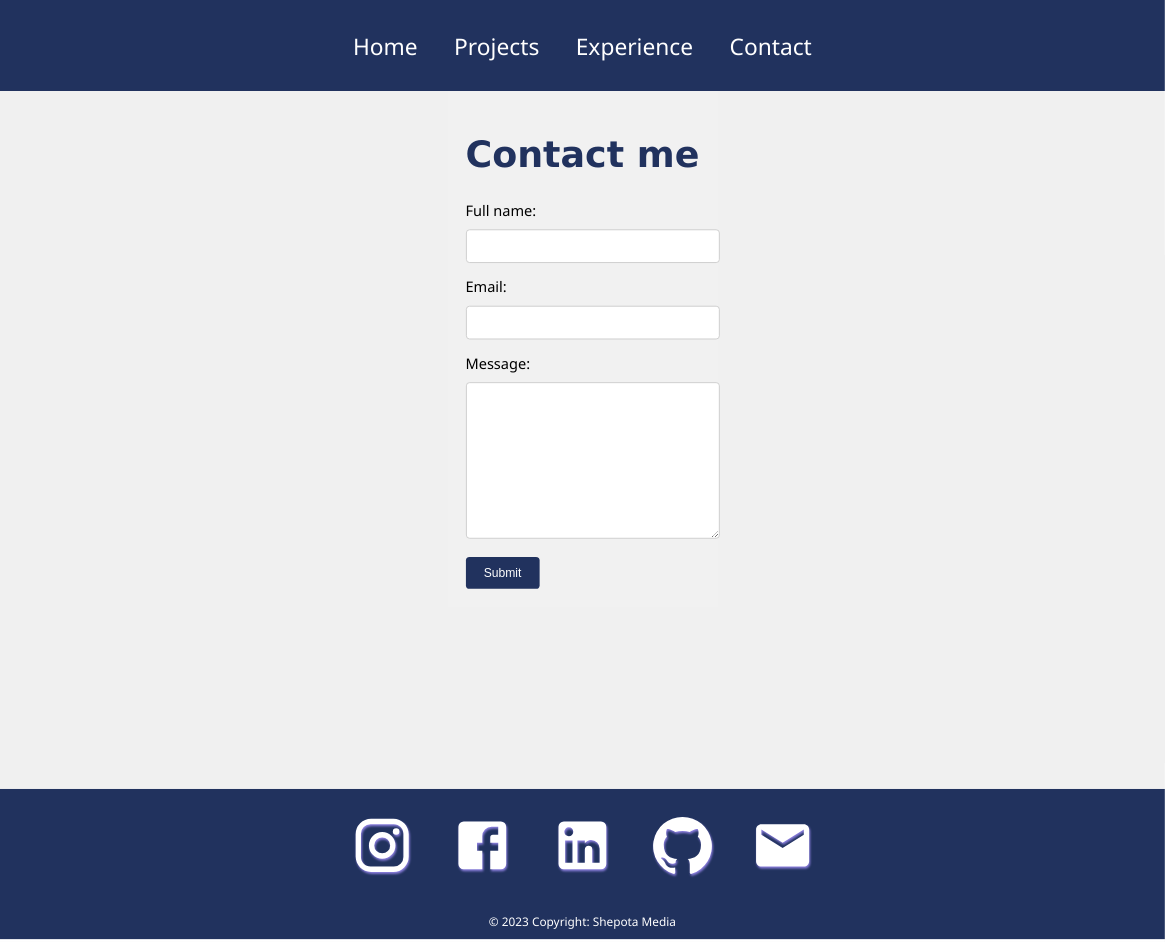
Repository: LolaSL/react-portfolio
Page: /contact
An editor plug-in stored every save of this project. The page is shown before and after the next save, followed by the edit.
The browser window is 1280 px wide. The pictures show the whole page, at 91% of full size.
The project was rebuilt for these pictures with package versions that can differ from the ones it lists, and the page was loaded fresh each time. Also part of the build but not shown: src/pages/Home/Style.css, src/pages/Home/Home.jsx, src/components/ProjectItem/ProjectItem.jsx, src/helpers/ProjectList.js, src/pages/Projects/Style.css, src/pages/Projects/Projects.jsx, src/pages/Experience/Style.css, src/pages/Experience/Experience.jsx and 1 more.

Above is the page before, as saved 2023-07-02 09:51:01.

After the next save:
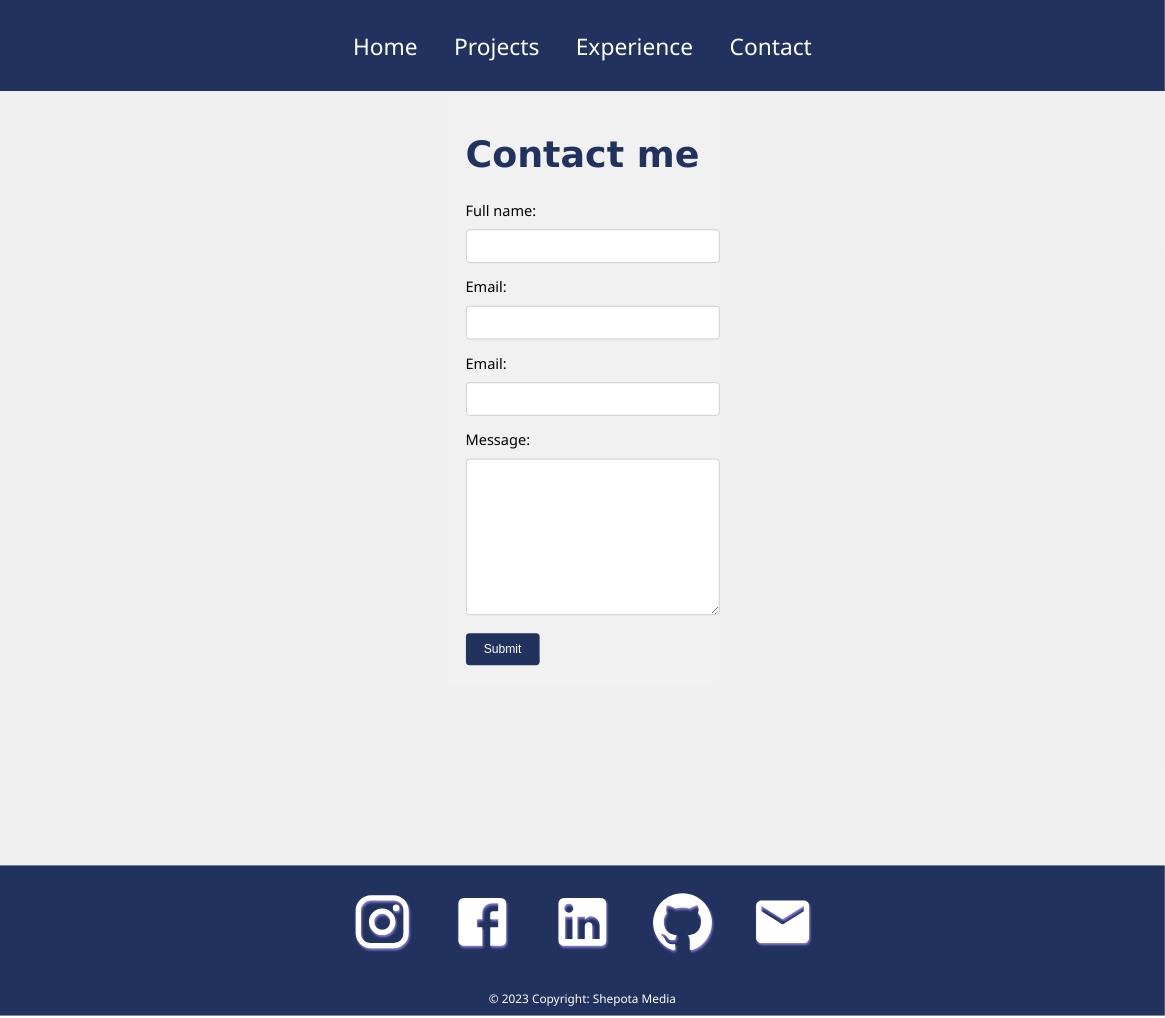
Saved 24 s later.
--- a/src/pages/Contact/Contact.jsx
+++ b/src/pages/Contact/Contact.jsx
@@ -47,6 +47,17 @@ const ContactForm = () => {
         />
       </div>
       <div>
+        <label htmlFor="email">Email:</label>
+        <input
+          type="email"
+          id="email"
+          name="email"
+          value={formData.email}
+          onChange={handleChange}
+          required
+        />
+      </div>
+      <div>
         <label htmlFor="message">Message:</label>
         <textarea
           id="message"
